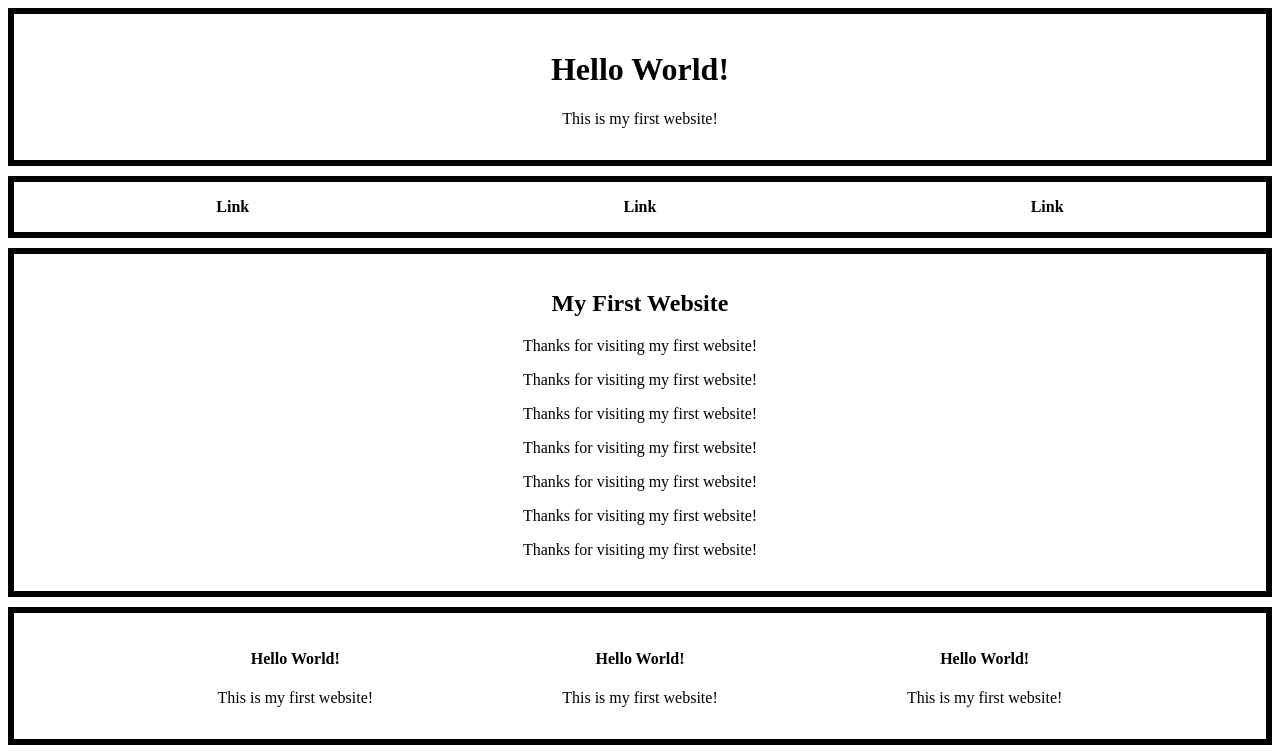
Repository: Brittany-Westlund/WebDesign
Page: Assignment1/index.html
These files come from the project's save history. The page is drawn as it stood at one moment and after the next save; the edit follows.
The browser window is 1280 px wide. The pictures show the whole page.

Above is the page before, as saved 2025-05-14 22:54:51.

After the next save:
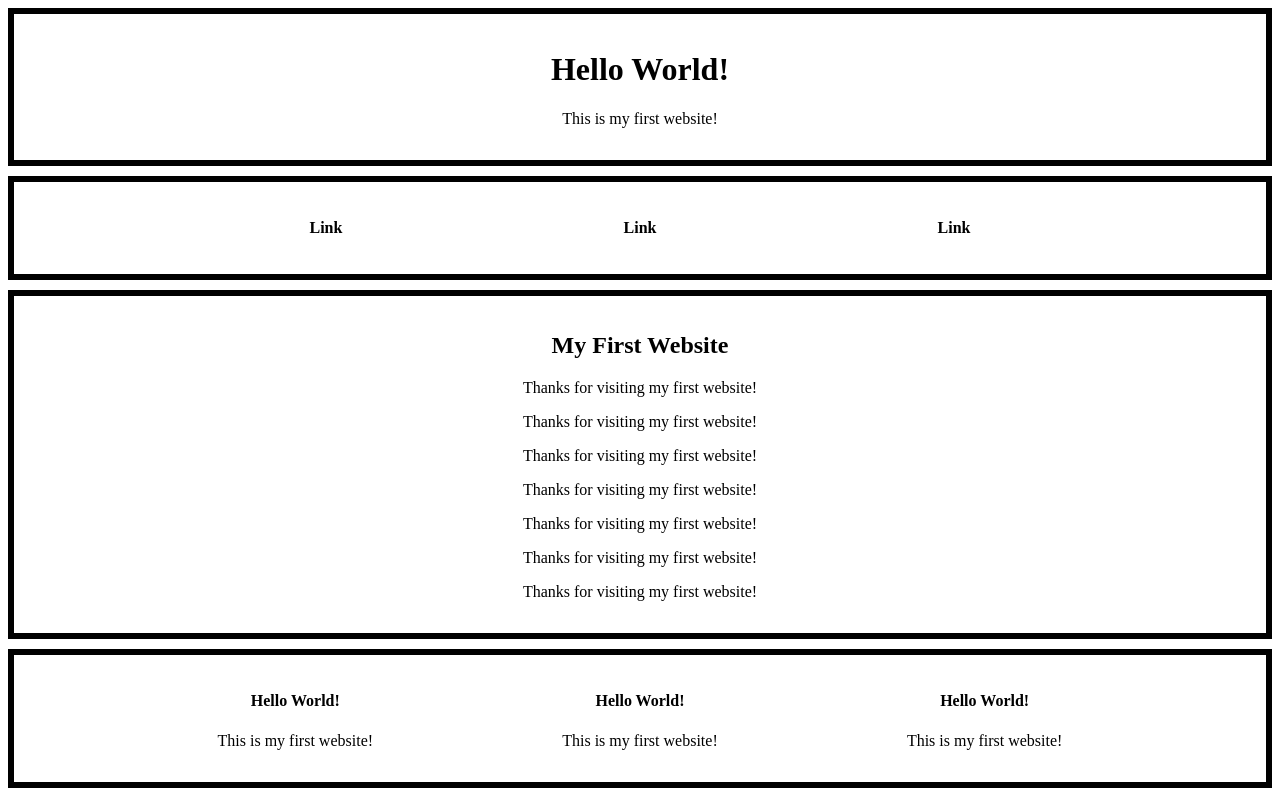
Saved 15 s later.
--- a/Assignment1/index.html
+++ b/Assignment1/index.html
@@ -25,11 +25,6 @@
                 text-align: center;
             }
 
-            #nav h4 {
-                margin: 0 auto;
-
-                text-align: center;
-            }
 
             .content1 {
                 border: 5pt solid black;

After the save that followed:
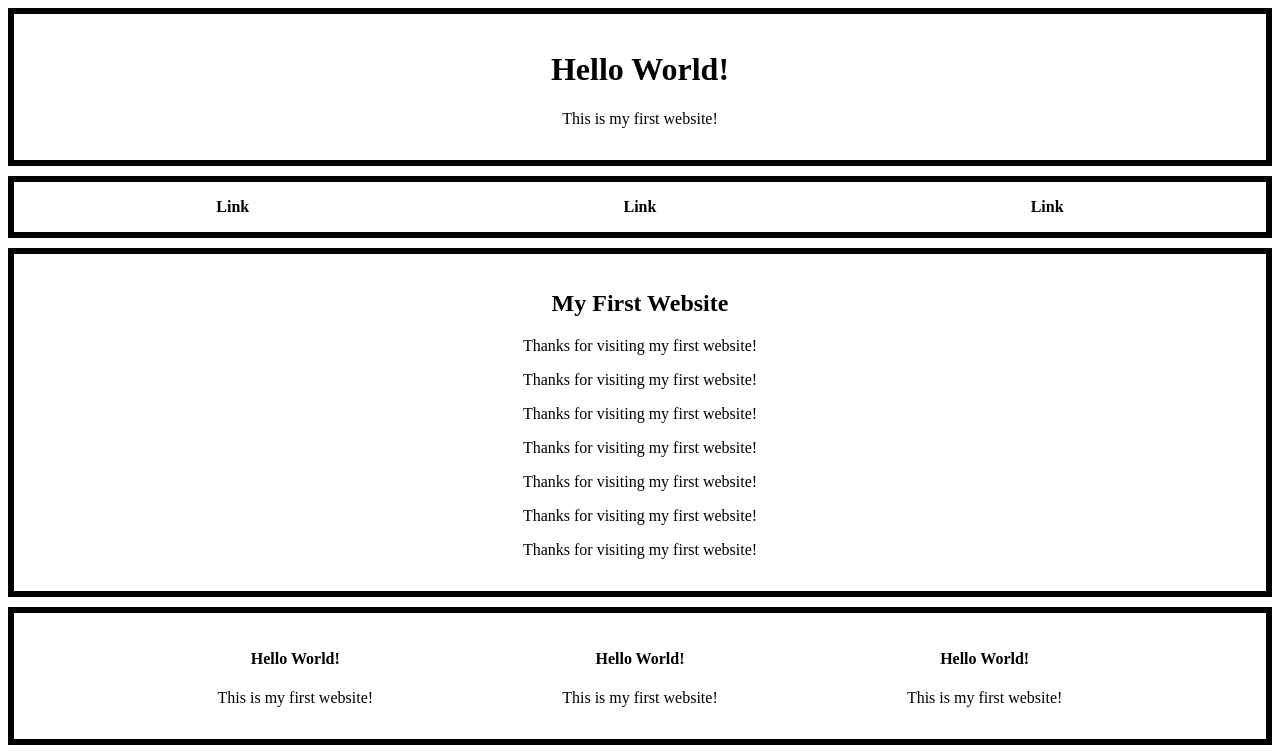
Saved 14 s later.
--- a/Assignment1/index.html
+++ b/Assignment1/index.html
@@ -25,6 +25,9 @@
                 text-align: center;
             }
 
+            #nav h4 {
+                margin: 0 auto;
+            }
 
             .content1 {
                 border: 5pt solid black;
